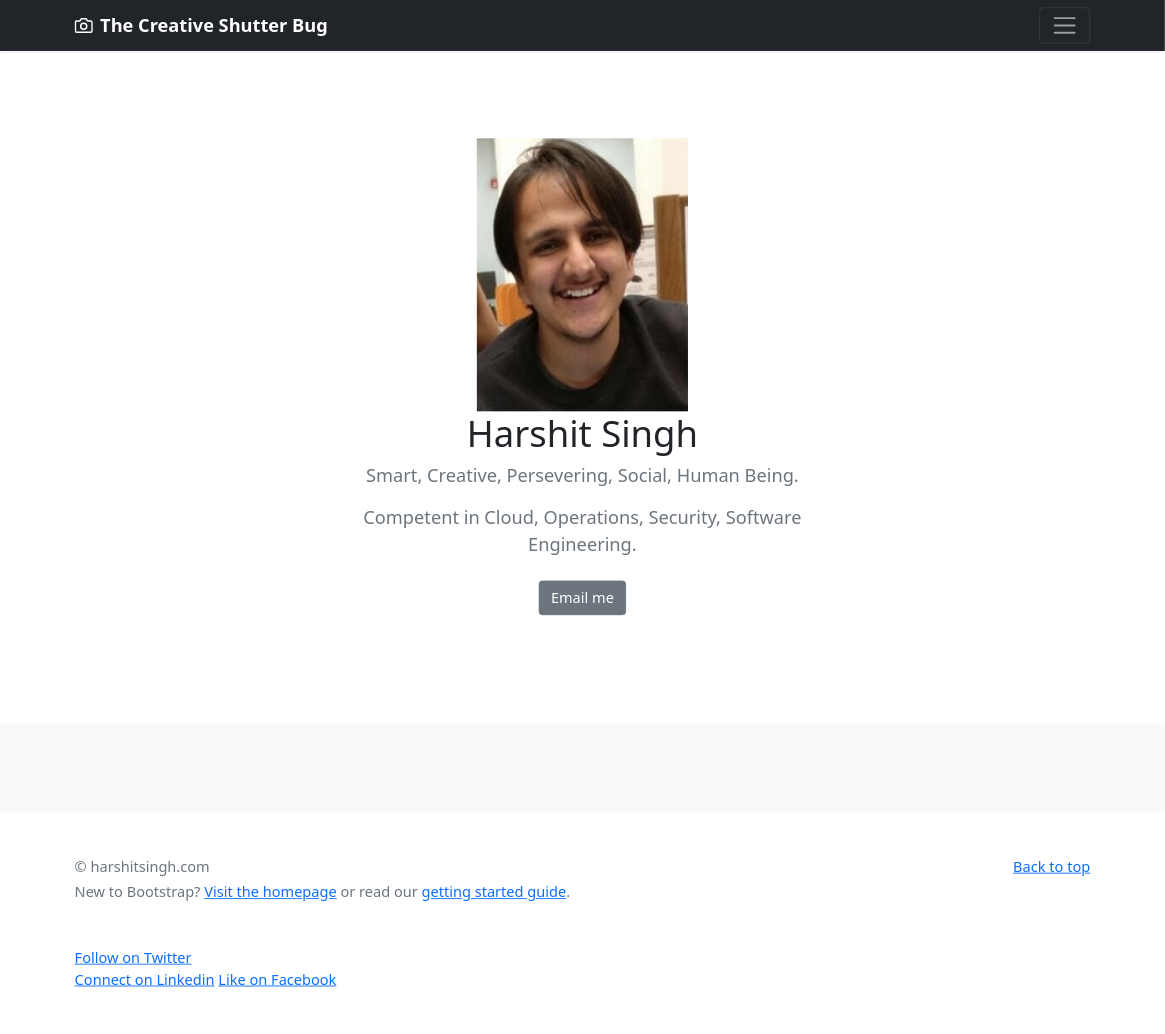
Repository: harshi93/pythonProjects
Page: http://localhost/jobs
These files come from the project's save history. The page is drawn as it stood at one moment and after the next save; the edit follows.
The browser window is 1280 px wide. The pictures show the whole page, at 91% of full size.
The page is served by the project's application, run on Django 3.2 (manage.py). Queries for data that is not in the repository find no rows.

Above is the page before, as saved 2021-07-30 01:47:18.

After the next save:
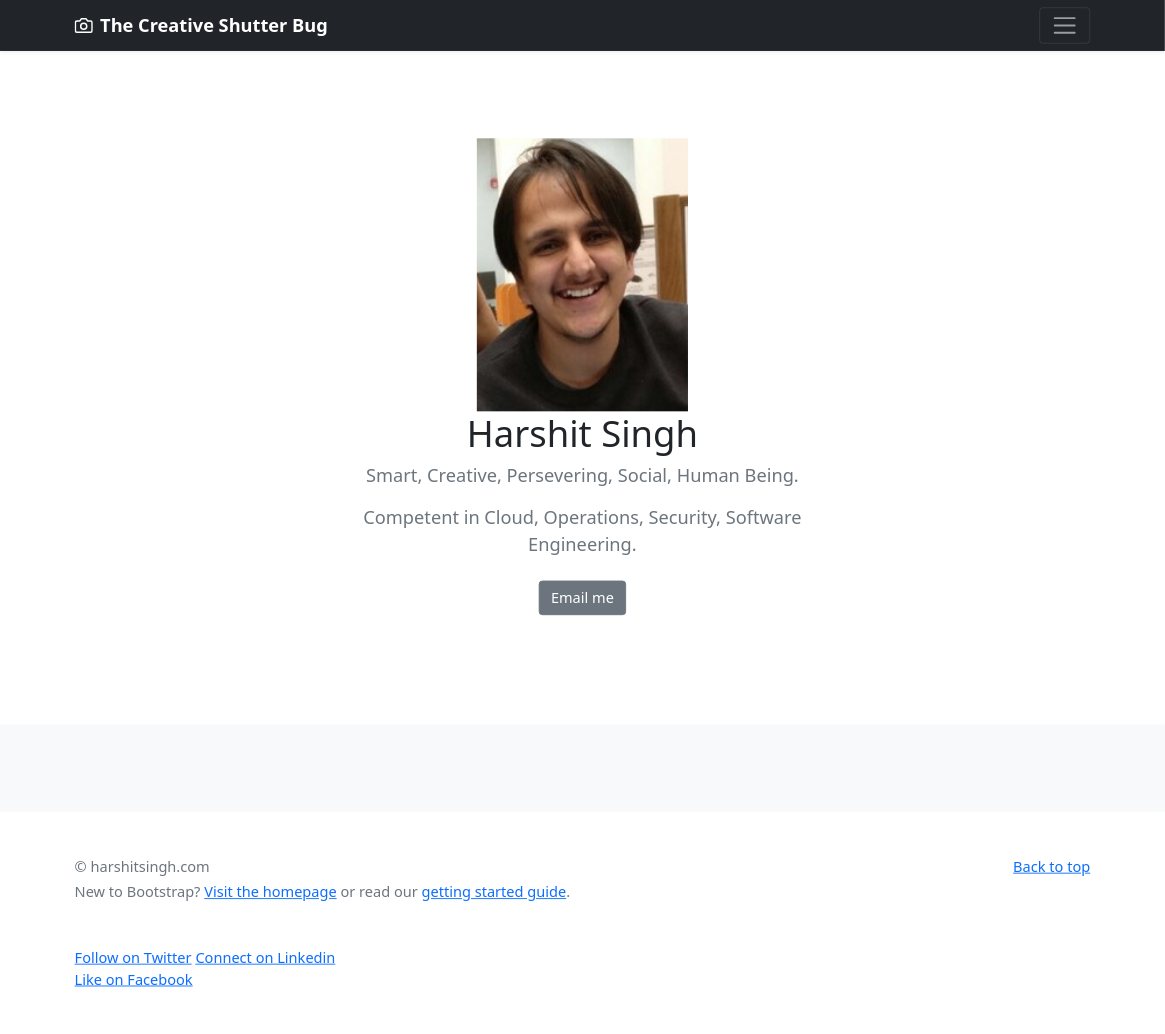
Saved 32 s later.
--- a/portfolio/jobs/templates/experience/exp.html
+++ b/portfolio/jobs/templates/experience/exp.html
@@ -114,8 +114,8 @@
     </p>
     <p class="mb-1"> &copy; harshitsingh.com</p>
     <p class="mb-0">New to Bootstrap? <a href="/">Visit the homepage</a> or read our <a href="/docs/5.0/getting-started/introduction/">getting started guide</a>.</p><br/><br/>
-    <a href="https://www.twitter.com/singhharshit119" class="text-black">Follow on Twitter</a><br/>
-    <a href="https://www.linkedin.com/in/singh-harshit" class="text-black">Connect on Linkedin</a>
+    <a href="https://www.twitter.com/singhharshit119" class="text-black">Follow on Twitter</a>
+    <a href="https://www.linkedin.com/in/singh-harshit" class="text-black">Connect on Linkedin</a><br/>
     <a href="#" class="text-black">Like on Facebook</a>&nbsp;
   </div>
 </footer>
